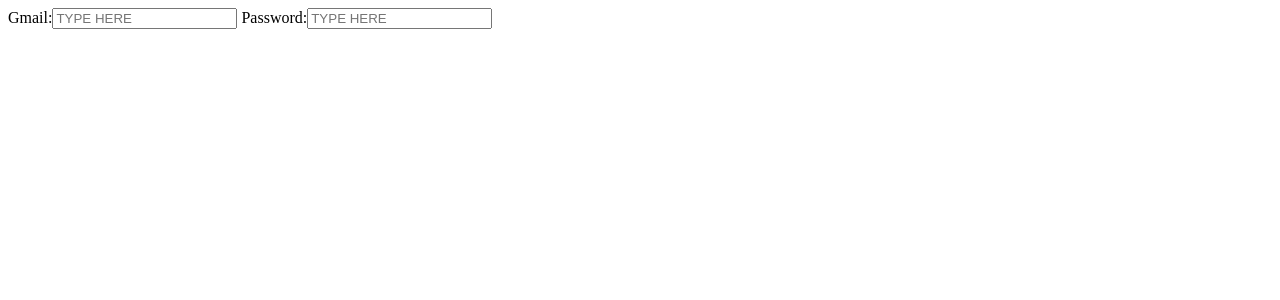
Repository: Amanbadshah/Java-project-
Page: com.basic/src/main/webapp/WEB-INF/update.html
An editor plug-in stored every save of this project. The page is shown before and after the next save, followed by the edit.
The browser window is 1280 px wide. The pictures show the whole page.

Above is the page before, as saved 2022-06-02 06:07:22.

### com.basic/src/main/webapp/WEB-INF/update.html
<!DOCTYPE html>
<html>
<head>
<meta charset="ISO-8859-1">
<title>UPDATE</title>
</head>
<body>
<tr>
<td>Gmail:<input name="gmail" placeholder="TYPE HERE"></td>
</tr>
<tr>
<td>Password:<input name="password" placeholder="TYPE HERE"></td>
</tr>

</body>
</html>

After the next save:
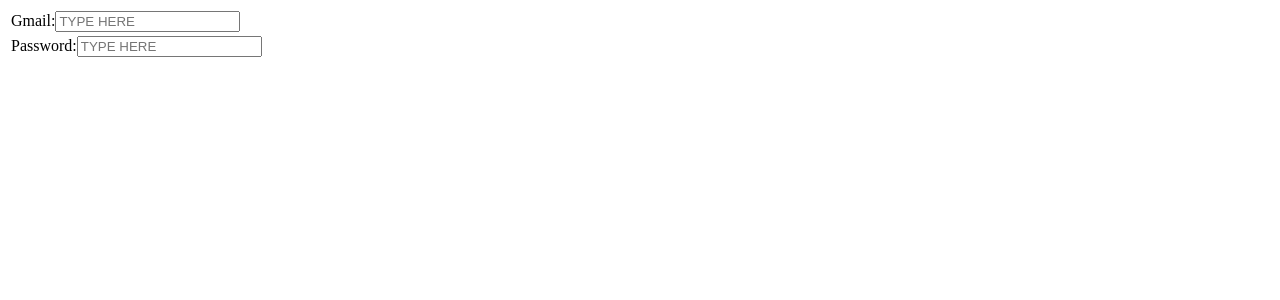
Saved 52 s later.
--- a/com.basic/src/main/webapp/WEB-INF/update.html
+++ b/com.basic/src/main/webapp/WEB-INF/update.html
@@ -5,12 +5,15 @@
 <title>UPDATE</title>
 </head>
 <body>
+<form action="">
+<table>
 <tr>
 <td>Gmail:<input name="gmail" placeholder="TYPE HERE"></td>
 </tr>
 <tr>
 <td>Password:<input name="password" placeholder="TYPE HERE"></td>
 </tr>
-
+</table>
+</form>
 </body>
 </html>
